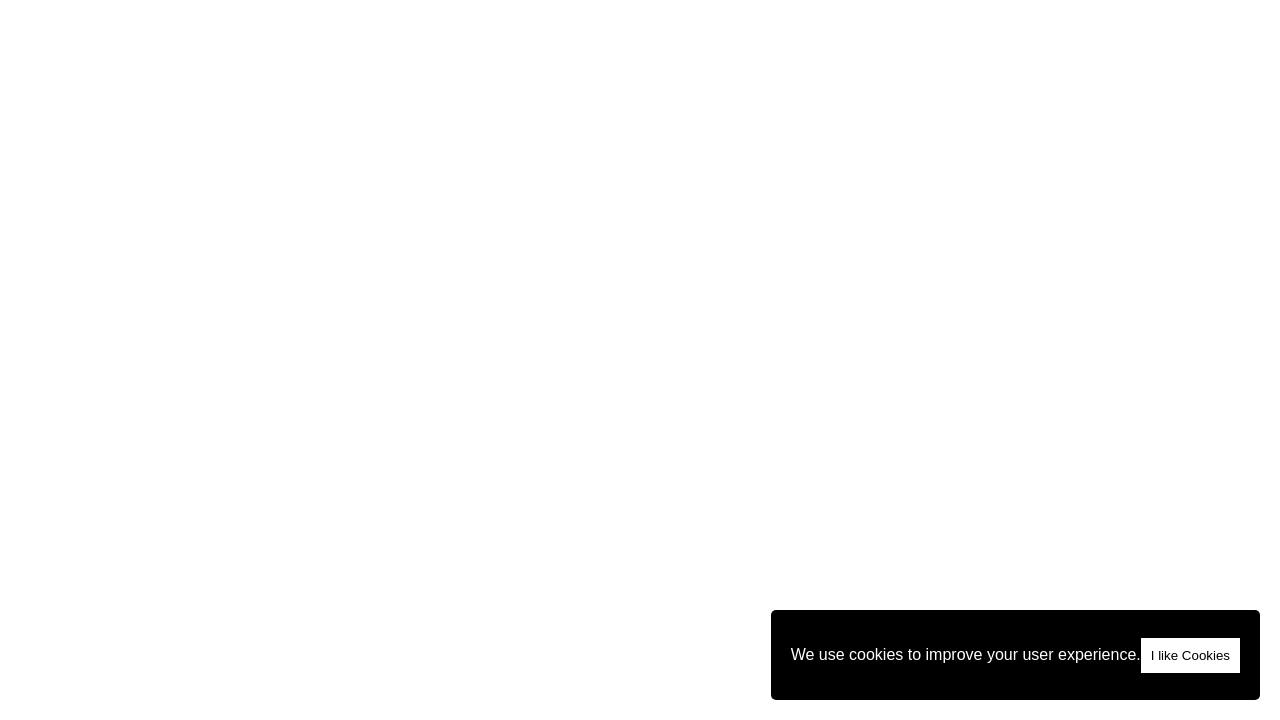
Repository: kSanoX/Cookie-Consent
Page: index.html
These files come from the project's save history. The page is drawn as it stood at one moment and after the next save; the edit follows.
The browser window is 1280 px wide. The pictures show the whole page.

Above is the page before, as saved 2025-01-30 01:15:00.

### index.html
<!DOCTYPE html>
<html lang="en">
<head>
    <meta charset="UTF-8">
    <meta name="viewport" content="width=device-width, initial-scale=1.0">
    <title>Cookie Consent</title>
    <link rel="stylesheet" href="styles.css">
</head>
<body>
    <div class="cookie-popup" id="cookie-popup">
        <p>We use cookies to improve your user experience.</p>
        <button id="accept-cookies">I like Cookies</button>
    </div>

    <script src="script.js"></script>
</body>
</html>

### styles.css
body {
    font-family: Arial, sans-serif;
}

.cookie-popup {
    position: fixed;
    bottom: 20px;
    right: 20px;
    background-color: black;
    color: white;
    padding: 20px;
    border-radius: 5px;
    display: flex;
    justify-content: space-between;
    align-items: center;
}

.cookie-popup button {
    background-color: white;
    color: black;
    border: none;
    padding: 10px;
    cursor: pointer;
}

.cookie-popup button:hover {
    background-color: #ddd;
}

Loaded but not shown: script.js (no copy from this time; the picture is the same without it)

After the next save:
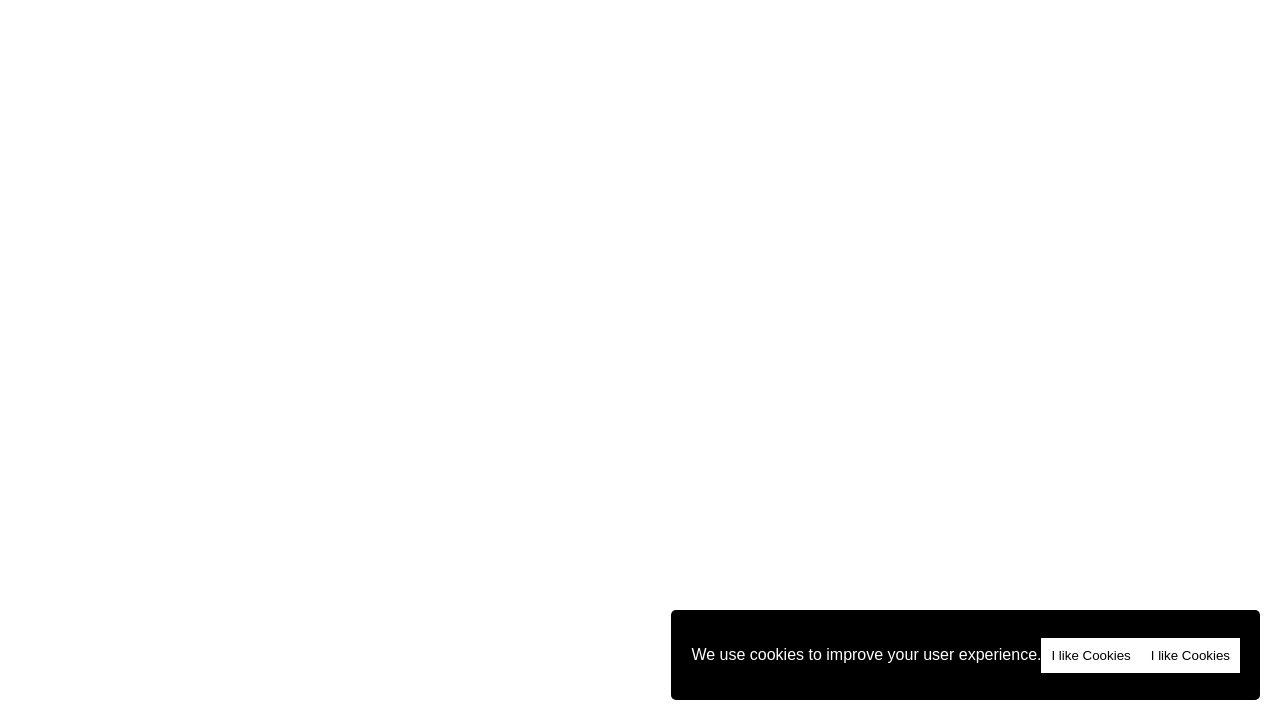
Saved 31 s later.
--- a/index.html
+++ b/index.html
@@ -10,6 +10,7 @@
     <div class="cookie-popup" id="cookie-popup">
         <p>We use cookies to improve your user experience.</p>
         <button id="accept-cookies">I like Cookies</button>
+        <button id="decline-cookies">I like Cookies</button>
     </div>
 
     <script src="script.js"></script>
